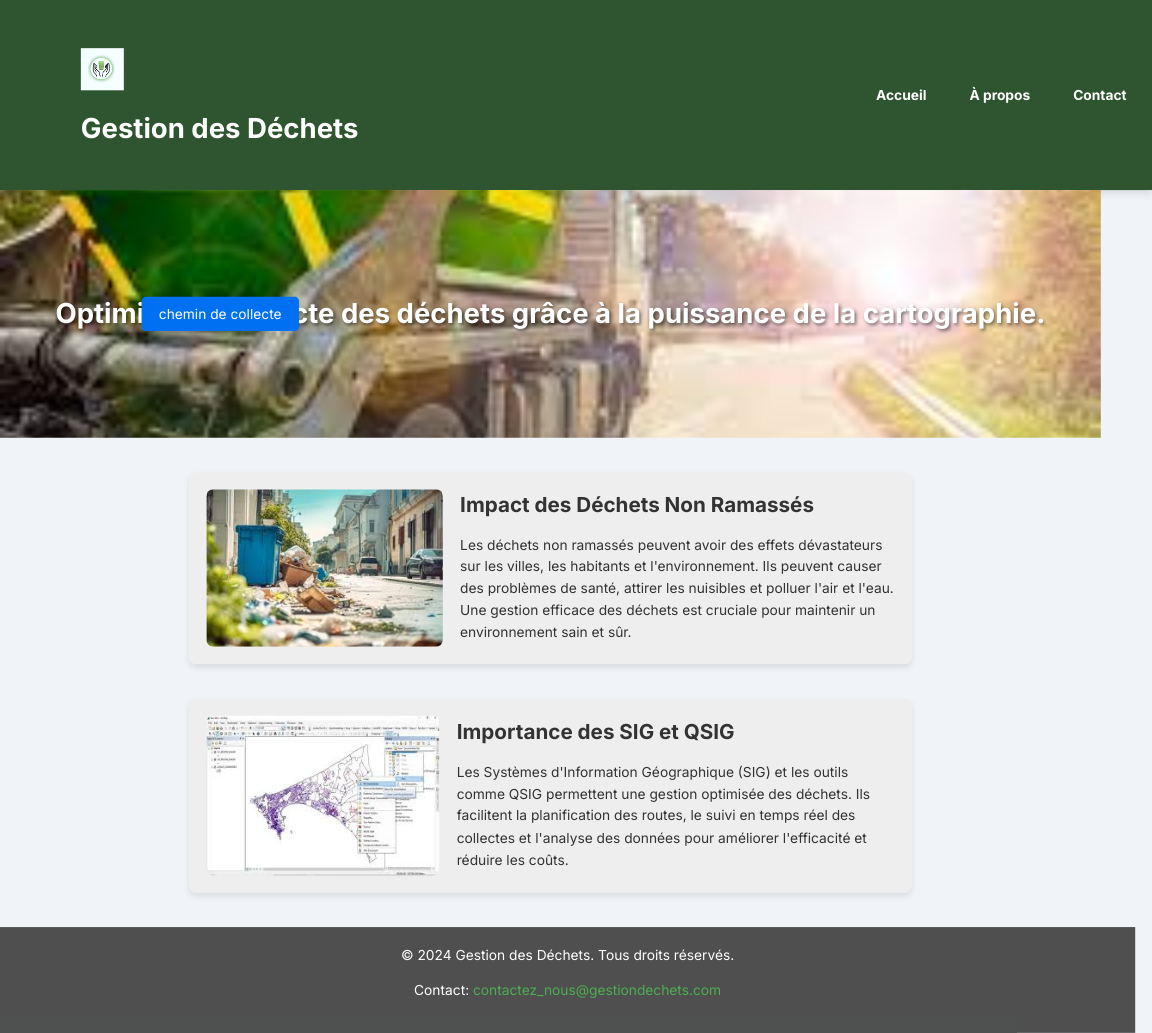
Repository: SystemInfoGeo/QGISproject
Page: / (app in NEXT/)
An editor plug-in stored every save of this project. The page is shown before and after the next save, followed by the edit.
The browser window is 1280 px wide. The page is 1340 px wide, so the pictures cover 1340 px, including what lies to the right of the window. The pictures show the whole page, at 86% of full size.
The project was rebuilt for these pictures with package versions that can differ from the ones it lists, and the page was loaded fresh each time. The framework's server and built-in components were replaced by stand-ins that run in the browser. Also part of the build but not shown: NEXT/next.config.mjs.

Above is the page before, as saved 2024-06-22 01:40:31.

After the next save:
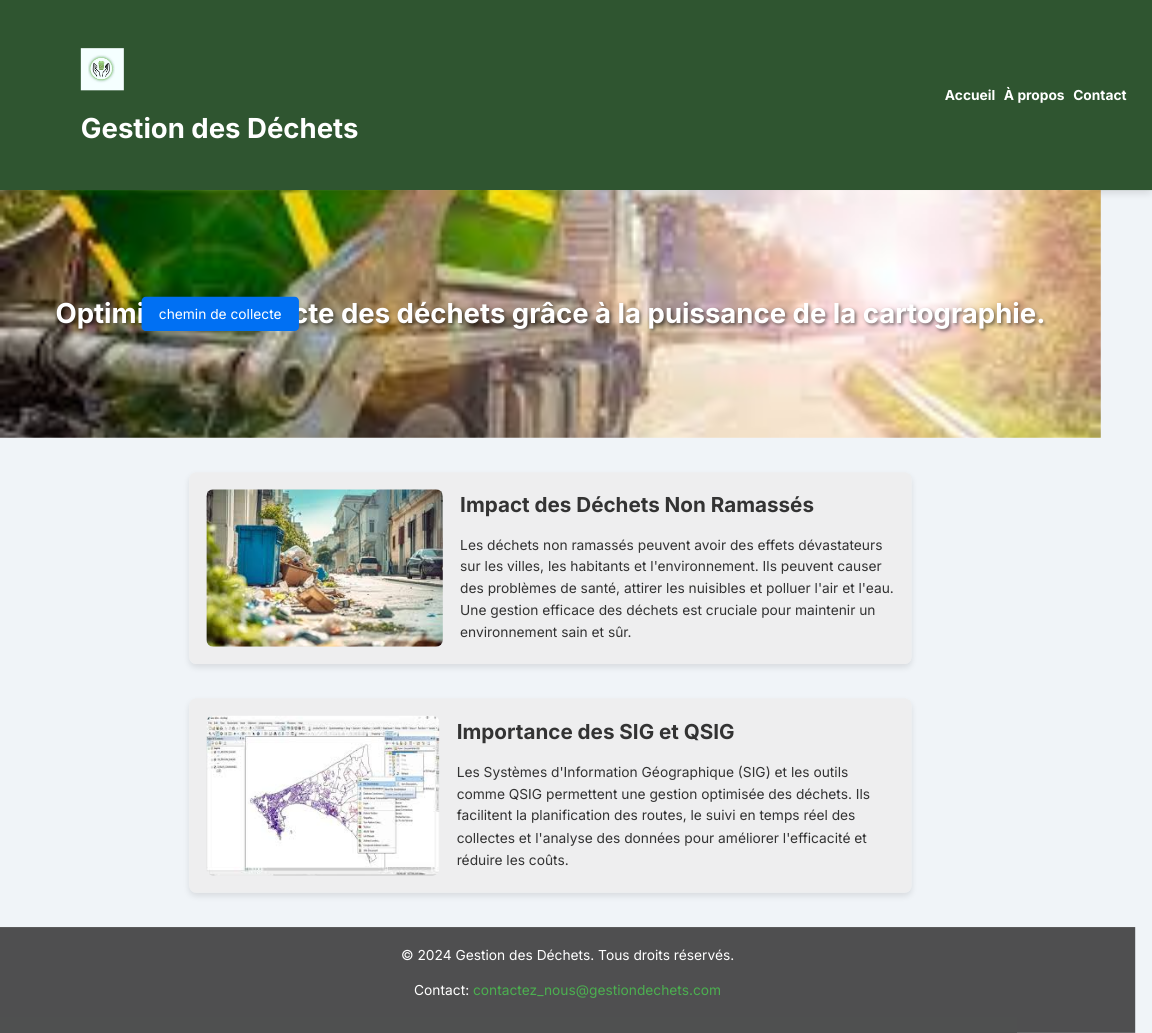
Saved 11 s later.
--- a/NEXT/app/page.module.css
+++ b/NEXT/app/page.module.css
@@ -35,7 +35,7 @@
 .nav ul {
   list-style: none;
   display: flex;
-  gap: 50px;
+  gap: 10px;
 }
 
 .nav ul li {
